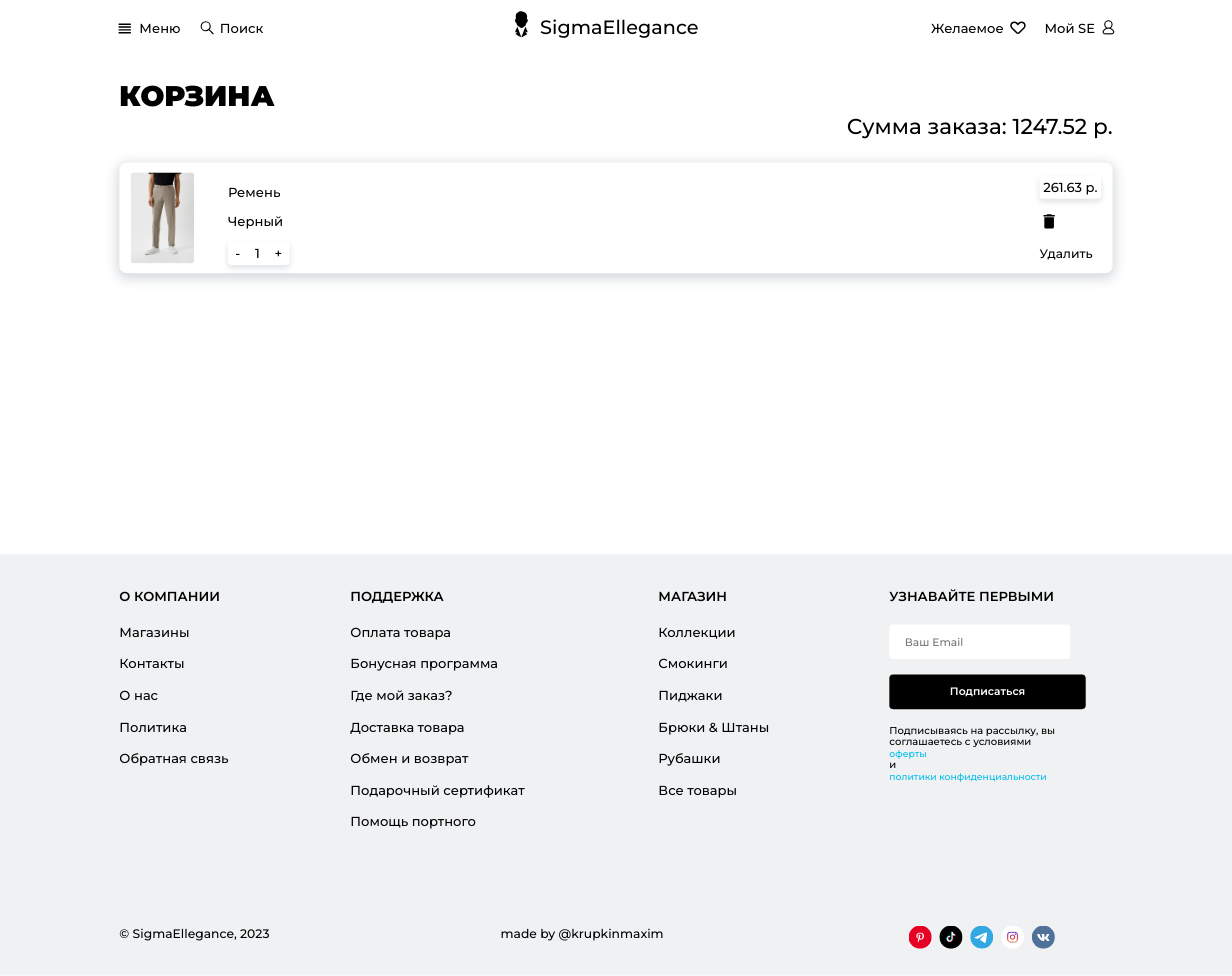
Repository: MaksimKrupkin/SigmaEllegance
Page: /cart
An editor plug-in stored every save of this project. The page is shown before and after a run of saves, followed by the edit.
The browser window is 1280 px wide. The page is 1600 px wide, so the pictures cover 1600 px, including what lies to the right of the window. The pictures show the whole page, at 77% of full size.
Some web fonts or font styles are not loaded; a fallback is used. The project was rebuilt for these pictures with package versions that can differ from the ones it lists, and the page was loaded fresh each time. Also part of the build but not shown: src/Components/SideBar/SideBar.module.css, src/Components/SideBar/SideBar.jsx, src/Pages/HomePage.module.css, src/Components/SliderWrapper/SliderWrapper.module.css, src/Components/SliderCard/SliderCard.module.css, src/Components/SliderCard/SliderCard.jsx, src/Components/LeftArrow/LeftArrow.module.css, src/Components/LeftArrow/LeftArrow.jsx and 31 more.

Above is the page before, as saved 2023-12-19 19:38:32.

### public/index.html
<!DOCTYPE html>
<html lang="en">
  <head>
    <meta charset="utf-8" />

    <meta name="viewport" content="width=device-width, initial-scale=1" />
    <link rel="icon" type="image/png" href="./favicon.png" sizes="32x32" />
    <link rel="preconnect" href="https://fonts.googleapis.com" />
    <link rel="preconnect" href="https://fonts.gstatic.com" crossorigin />
    <link
      href="https://fonts.googleapis.com/css2?family=Roboto:wght@400;500;700&display=swap"
      rel="stylesheet" />
    <link
      href="https://fonts.googleapis.com/css2?family=Montserrat:ital,wght@0,300;0,500;0,600;0,900;1,400;1,500&family=Roboto:wght@400;500;700&display=swap"
      rel="stylesheet" />
    <link rel="preconnect" href="https://fonts.googleapis.com" />
    <link rel="preconnect" href="https://fonts.gstatic.com" crossorigin />
    <link
      href="https://fonts.googleapis.com/css2?family=Montserrat:wght@300&family=Roboto:wght@400;500;700&display=swap"
      rel="stylesheet" />
    <link href="https://fonts.cdnfonts.com/css/montserrat" rel="stylesheet" />
    <title>SigmaEllegance</title>
  </head>
  <body>
    <div id="root"></div>
  </body>
</html>

### src/index.js
import React from 'react';
import ReactDOM from 'react-dom/client';
import App from './App';
import { BrowserRouter } from 'react-router-dom';

const root = ReactDOM.createRoot(document.getElementById('root'));
root.render(
  <React.StrictMode>
    <BrowserRouter>
      <App />
    </BrowserRouter>
  </React.StrictMode>,
);

### src/App.js
import React, { useState, useEffect, useRef } from 'react';
import Header from './Components/Header/Header';
import HomePage from './Pages/HomePage';
import styles from './App.module.css';
import GoodsPage from './Pages/GoodsPage/GoodsPage';
import OpenGoodPage from './Pages/OpenGoodPage/OpenGoodPage';
import Footer from './Components/Footer/Footer';
import { BrowserRouter, Route, Routes, useParams } from 'react-router-dom';
import AboutUs from './Pages/AboutUs/AboutUs';
import SearchPage from './Pages/SearchPage/SearchPage';
import Contacts from './Pages/Contacts/Contacts';
import Payment from './Pages/Payment/Payment';
import Cart from './Pages/Cart/Cart';

function App() {
  const { category, id } = useParams();
  const [sidebarOpen, setSidebarOpen] = useState(false);

  const closeSidebar = () => {
    setSidebarOpen(false);
  };

  useEffect(() => {
    const handleOutsideClick = (event) => {};

    document.addEventListener('mousedown', handleOutsideClick);

    return () => {
      document.removeEventListener('mousedown', handleOutsideClick);
    };
  }, []);
  return (
    <div className={styles.container}>
      <Header />
      <Routes>
        <Route path="/" element={<HomePage />} />
        <Route path="/goodspage/" element={<GoodsPage />} />
        <Route path="/goodspage/:category" element={<GoodsPage />} />
        <Route path="/goodspage/:category/:id" element={<OpenGoodPage />} />
        <Route path="/opengoodspage" element={<OpenGoodPage />} />
        <Route path="/opengoodspage/:category/:id" element={<OpenGoodPage />} />
        <Route path="/aboutUsPage" element={<AboutUs />} />
        <Route path="/searchPage" element={<SearchPage />} />
        <Route path="/contacts" element={<Contacts />} />
        <Route path="/payment" element={<Payment />} />
        <Route path="/cart" element={<Cart />} />
      </Routes>

      <Footer />
    </div>
  );
}

export default App;

### src/Components/Header/Header.jsx
import React from 'react';
import { useState } from 'react';
import { Link } from 'react-router-dom';
import styles from './Header.module.css';
import logo from '../../assets/img/logo.svg';
import icon1 from '../../assets/img/Icon1.svg';
import icon2 from '../../assets/img/icon2.svg';
import icon3 from '../../assets/img/icon3.svg';
import icon4 from '../../assets/img/icon4.svg';
import SideBar from '../SideBar/SideBar';

function Header() {
  const [toggleMenu, setToggleMenu] = useState(false);
  const HandleToggle = () => {
    setToggleMenu(!toggleMenu);
  };
  console.log(toggleMenu);
  return (
    <header className={styles.header}>
      <div className={styles.left_part}>
        <div onClick={HandleToggle} className={styles.menu}>
          <img className={styles.icon1} src={icon1} alt="" />
          <p>Меню</p>
        </div>
        {toggleMenu && <SideBar HandleToggle={HandleToggle} />}

        <Link to="/searchPage" className={styles.search}>
          <img className={styles.icon2} src={icon2} alt="" />
          <p>Поиск</p>
        </Link>
      </div>
      <Link to="/" className={styles.logo_part}>
        <img className={styles.logo} src={logo} alt="" />
        <p>SigmaEllegance</p>
      </Link>
      <div className={styles.right_part}>
        <Link to="/cart" className={styles.liked}>
          <p>Желаемое</p>
          <img className={styles.icon3} src={icon3} alt="" />
        </Link>
        <Link className={styles.purchases}>
          <p>Мой SE</p>
          <img className={styles.icon4} src={icon4} alt="" />
        </Link>
      </div>
    </header>
  );
}

export default Header;

### src/App.module.css
body {
  font-family: 'Montserrat', sans-serif;
  display: block;
  margin: 0 auto;
  padding: 0;
  width: 100%;
  position: relative;
  overflow-x: hidden;
}
.container {
  width: 1600px;
  display: block;
  margin: 0 auto;
}

*,
*::before,
*::after {
  box-sizing: border-box;
}

/* Links */

a,
a:link,
a:visited {
  text-decoration: none;
}

a:hover {
  text-decoration: none;
}

/* Common */

aside,
nav,
header,
section,
main {
  display: block;
}

h1,
h2,
h3,
h4,
h5,
h6,
p {
  font-size: inherit;
  font-weight: inherit;
}

ul,
ul li {
  list-style: none;
}

img {
  vertical-align: top;
}

img,
svg {
  max-width: 100%;
  height: auto;
}

address {
  font-style: normal;
}

/* Form */

input,
textarea,
button,
select {
  font-family: inherit;
  font-size: inherit;
  color: inherit;
  background-color: transparent;
}

input::-ms-clear {
  display: none;
}

button,
input[type='submit'] {
  display: inline-block;
  box-shadow: none;
  background-color: transparent;
  background: none;
  cursor: pointer;
}

input:focus,
input:active,
button:focus,
button:active {
  outline: none;
}

button::-moz-focus-inner {
  padding: 0;
  border: 0;
}

label {
  cursor: pointer;
}

legend {
  display: block;
}

### src/Components/Footer/Footer.jsx
import React from 'react';
import icon1 from '../../assets/img/pint.svg';
import icon2 from '../../assets/img/TT.svg';
import icon3 from '../../assets/img/TG.svg';
import icon4 from '../../assets/img/IG.svg';
import icon5 from '../../assets/img/VK.svg';
import styles from './Footer.module.css';

export default function Footer() {
  return (
    <footer className={styles.footer}>
      <div className={styles.column_1}>
        <a className={styles.column_title}>О компании</a>
        <a className={styles.column_item}> Магазины</a>
        <a className={styles.column_item}>Контакты</a>
        <a className={styles.column_item}>О нас</a>
        <a className={styles.column_item}>Политика</a>
        <a className={styles.column_item}>Обратная связь</a>
      </div>
      <div className={styles.column_2}>
        <a className={styles.column_title}>Поддержка</a>
        <a className={styles.column_item}> Оплата товара</a>
        <a className={styles.column_item}>Бонусная программа</a>
        <a className={styles.column_item}>Где мой заказ?</a>
        <a className={styles.column_item}>Доставка товара</a>
        <a className={styles.column_item}>Обмен и возврат</a>
        <a className={styles.column_item}>Подарочный сертификат</a>
        <a className={styles.column_item}>Помощь портного</a>
      </div>
      <div className={styles.column_3}>
        <a className={styles.column_title}>Магазин</a>
        <a className={styles.column_item}> Коллекции</a>
        <a className={styles.column_item}>Смокинги</a>
        <a className={styles.column_item}>Пиджаки</a>
        <a className={styles.column_item}>Брюки & Штаны</a>
        <a className={styles.column_item}>Рубашки</a>
        <a className={styles.column_item}>Все товары</a>
      </div>
      <div className={styles.footer_form}>
        <div className={styles.footer_form_title}>Узнавайте первыми</div>
        <form action={styles.text}>
          <input className={styles.footer_form_email} type="text" placeholder="Ваш Email" />
        </form>
        <div className={styles.footer_button}>
          <div className={styles.footer_link}>Подписаться</div>
        </div>
        <div className={styles.policy}>
          Подписываясь на рассылку, вы соглашаетесь с условиями{' '}
          <a href="" className={styles.policy_link}>
            оферты
          </a>{' '}
          и <a className={styles.policy_link}>политики конфиденциальности</a>{' '}
        </div>
      </div>
      <div className={styles.footer_border}>
        <img src="/img/Border.svg" alt="" />
      </div>
      <div className={styles.sigma_corp}>© SigmaEllegance, 2023</div>
      <div className={styles.made_by}>made by @krupkinmaxim</div>
      <div className={styles.social_networks}>
        <img className={styles.pintrest} src={icon1} alt="" />
        <img className={styles.tik_tok} src={icon2} alt="" />
        <img className={styles.telegram} src={icon3} alt="" />
        <img className={styles.instagram} src={icon4} alt="" />
        <img className={styles.vk} src={icon5} alt="" />
      </div>
    </footer>
  );
}

### src/Pages/Cart/Cart.jsx
import React from 'react';
import styles from './Cart.module.css';
import image from '../../assets/img/bruki-1.webp';
import { MdDelete } from 'react-icons/md';

export default function Cart() {
  return (
    <div className={styles.wrapper}>
      <div className={styles.container}>
        <div className={styles.title}>Корзина</div>
        <div className={styles.sum}>Сумма заказа: 1247.52 р.</div>
        <div className={styles.good_item}>
          <img className={styles.goods_img} src={image} alt="" />
          <div className={styles.goods_data}>
            <p className={styles.goods_type}>Ремень</p>
            <p className={styles.goods_color}>Черный</p>
            <div className={styles.goods_count}>
              <div>-</div>
              <div>1</div>
              <div>+</div>
            </div>
          </div>
          <div className={styles.right}>
            <p className={styles.goods_count}>261.63 р.</p>
            <div className={styles.goods_delete}>
              <img className={styles.delete_icon} src="" alt="" />
              <MdDelete fontSize={25} />
              <p className={styles.delete_text}>Удалить</p>
            </div>
          </div>
        </div>
      </div>
    </div>
  );
}

### src/Components/Header/Header.module.css
.header {
  font-family: 'Montserrat', sans-serif;
  margin: 0 auto;
  width: 100%;
  height: 10vh;
  display: flex;
  justify-content: space-around;
  align-items: center;
}

.left_part {
  display: flex;
  justify-content: space-between;
  align-items: center;
  gap: 25px;
  color: #000;
  margin-bottom: -2px;

  font-family: Montserrat;
  font-size: 17px;
  font-style: normal;
  font-weight: 500;
  line-height: normal;
}
.menu {
  display: flex;
  justify-content: space-between;
  align-items: center;
  gap: 8px;
  cursor: pointer;
}
.menu:hover {
  color: rgb(80, 77, 77);
}
.icon1 {
  width: 22px;
  height: 22px;
  margin-bottom: 1px;
}
.search {
  display: flex;
  justify-content: space-between;
  align-items: center;
  gap: 8px;
  cursor: pointer;
  color: black;
}

.search:hover {
  color: rgb(80, 77, 77);
}
.icon2 {
  width: 18px;
  height: 18px;
  margin-bottom: 3px;
}

.logo_part {
  margin-bottom: 3px;
  display: flex;
  justify-content: space-between;
  align-items: center;

  color: #000;

  font-family: Montserrat;
  font-size: 25px;
  font-style: normal;
  font-weight: 400;
  line-height: normal;
  cursor: pointer;
}

.logo {
  width: 67.375px;
  height: 69.103px;
  flex-shrink: 0;
  margin-right: -10px;
}
.right_part {
  margin-bottom: -2px;
  display: flex;
  justify-content: space-between;
  align-items: center;
  gap: 23px;
  font-family: Montserrat;
  font-size: 17px;
  font-style: normal;
  font-weight: 500;
  line-height: normal;
}

.liked {
  color: black;
  display: flex;
  justify-content: space-between;
  align-items: center;
  gap: 8px;
  cursor: pointer;
}
.liked:hover {
  color: rgb(80, 77, 77);
}
.icon3 {
  width: 22px;
  height: 22px;
  margin-bottom: 3px;
}

.purchases {
  color: black;
  display: flex;
  justify-content: space-between;
  align-items: center;
  gap: 8px;
  cursor: pointer;
}
.purchases:hover {
  color: rgb(80, 77, 77);
}

.icon4 {
  width: 19px;
  height: 19px;
  margin-bottom: 3px;
}

### src/Components/Footer/Footer.module.css
.footer {
  background-color: #eff1f3;
  width: 1600px;
  height: 547px;
  position: absolute;
  overflow-y: hidden;
  margin-top: 0px;
}
a {
  display: block;
}

.column_1 {
  position: absolute;
  top: 45px;
  left: 155px;
}

.column_2 {
  position: absolute;
  top: 45px;
  left: 455px;
}

.column_3 {
  position: absolute;
  top: 45px;
  left: 855px;
}
.column_title {
  font-style: normal;
  font-weight: 600;
  font-size: 17px;
  line-height: 21px;
  text-transform: uppercase;
  color: #000000;
  margin-bottom: 25px;
}

.column_item {
  font-family: 'Montserrat';
  font-style: normal;
  font-weight: 400;
  font-size: 17px;
  line-height: 21px;
  color: #000000;
  margin-bottom: 20px;
  cursor: pointer;
}

.footer_form {
  position: absolute;
  top: 45px;
  left: 1155px;
}

.footer_form_title {
  font-style: normal;
  font-weight: 600;
  font-size: 17px;
  line-height: 21px;
  text-transform: uppercase;
  color: #000000;
  margin-bottom: 25px;
}
.footer {
  opacity: 1;
}
.footer_form_email {
  width: 235px;
  height: 45px;
  background-color: white;
  border: none;
  border-radius: 5px;
  font-style: normal;
  font-weight: 400;
  font-size: 14px;
  line-height: 17px;
  padding-left: 20px;
  color: rgba(0, 0, 0, 0.4);
}
.footer_form_email:focus {
  border: 2px solid black;
}

.footer_button {
  margin-top: 20px;
  margin-bottom: 20px;
  width: 255px;
  background-color: #000000;
  border-radius: 5px;
  text-align: center;
  font-style: normal;
  font-weight: 600;
  font-size: 14px;
  line-height: 45px;
  color: #ffffff;
  cursor: pointer;
}
.footer_link {
  color: #ffffff;
}

.policy {
  width: 254px;
  font-style: normal;
  font-weight: 400;
  font-size: 13px;
  line-height: 15px;
  color: #000000;
}
.policy_link {
  font-style: normal;
  font-weight: 400;
  font-size: 12px;
  line-height: 15px;
  color: #00bfed;
}

.footer_border {
  position: absolute;
  bottom: 120px;
}

.sigma_corp {
  position: absolute;
  left: 155px;
  bottom: 45px;

  font-weight: 500;
}

.made_by {
  position: absolute;
  left: 650px;
  bottom: 45px;
  font-weight: 500;
}

.social_networks {
  position: absolute;
  left: 1180px;
  bottom: 35px;
}
.pintrest {
  width: 30px;
  height: 30px;
  margin-right: 10px;
  transition: all 0.1s ease-in;
  cursor: pointer;
}
.pintrest:hover {
  width: 35px;
  height: 35px;
  transform: translateY(-3px);
}
.tik_tok {
  width: 30px;
  height: 30px;
  margin-right: 10px;
  transition: all 0.1s ease-in;
  cursor: pointer;
}
.tik_tok:hover {
  width: 35px;
  height: 35px;
  transform: translateY(-3px);
}
.telegram {
  width: 30px;
  height: 30px;
  margin-right: 10px;
  transition: all 0.1s ease-in;
  cursor: pointer;
}
.telegram:hover {
  width: 35px;
  height: 35px;
  transform: translateY(-3px);
}
.instagram {
  width: 30px;
  height: 30px;
  margin-right: 10px;
  transition: all 0.1s ease-in;
  cursor: pointer;
}
.instagram:hover {
  width: 35px;
  height: 35px;
  transform: translateY(-3px);
}
.vk {
  width: 30px;
  height: 30px;
  margin-right: 10px;
  transition: all 0.1s ease-in;
  cursor: pointer;
}
.vk:hover {
  width: 35px;
  height: 35px;
  transform: translateY(-3px);
}

### src/Pages/Cart/Cart.module.css
.wrapper {
  width: 1600px;
  min-height: 90vh;
  display: flex;
  justify-content: center;
}
.container {
  width: 1290px;
}
.title {
  margin-top: 30px;
  color: #000;

  font-family: Montserrat;
  font-size: 37px;
  font-style: normal;
  font-weight: 700;
  line-height: normal;
  text-transform: uppercase;
}
.sum {
  font-size: 28px;
  font-weight: 500;
  text-align: right;
  margin-bottom: 30px;
}
.good_item {
  padding: 15px;
  width: 100%;
  height: 20vh;
  border-radius: 10px;
  display: flex;
  justify-content: space-between;
  align-items: center;
  -webkit-box-shadow: 0px 4px 15px 3px rgba(34, 60, 80, 0.2);
  -moz-box-shadow: 0px 4px 15px 3px rgba(34, 60, 80, 0.2);
  box-shadow: 0px 4px 15px 3px rgba(34, 60, 80, 0.2);
}

.goods_img {
  width: 82px;
  border-radius: 4px;
}
.goods_data {
  margin-left: -930px;
  font-size: 17px;
  font-weight: 500;
}
.goods_count {
  font-size: 17px;
  cursor: pointer;
  display: flex;
  align-items: center;
  justify-content: space-around;
  width: 80px;
  height: 30px;
  border-radius: 5px;
  -webkit-box-shadow: 0px 4px 7px 1px rgba(34, 60, 80, 0.12);
  -moz-box-shadow: 0px 4px 7px 1px rgba(34, 60, 80, 0.12);
  box-shadow: 0px 4px 7px 1px rgba(34, 60, 80, 0.12);
}

After the next 2 saves:
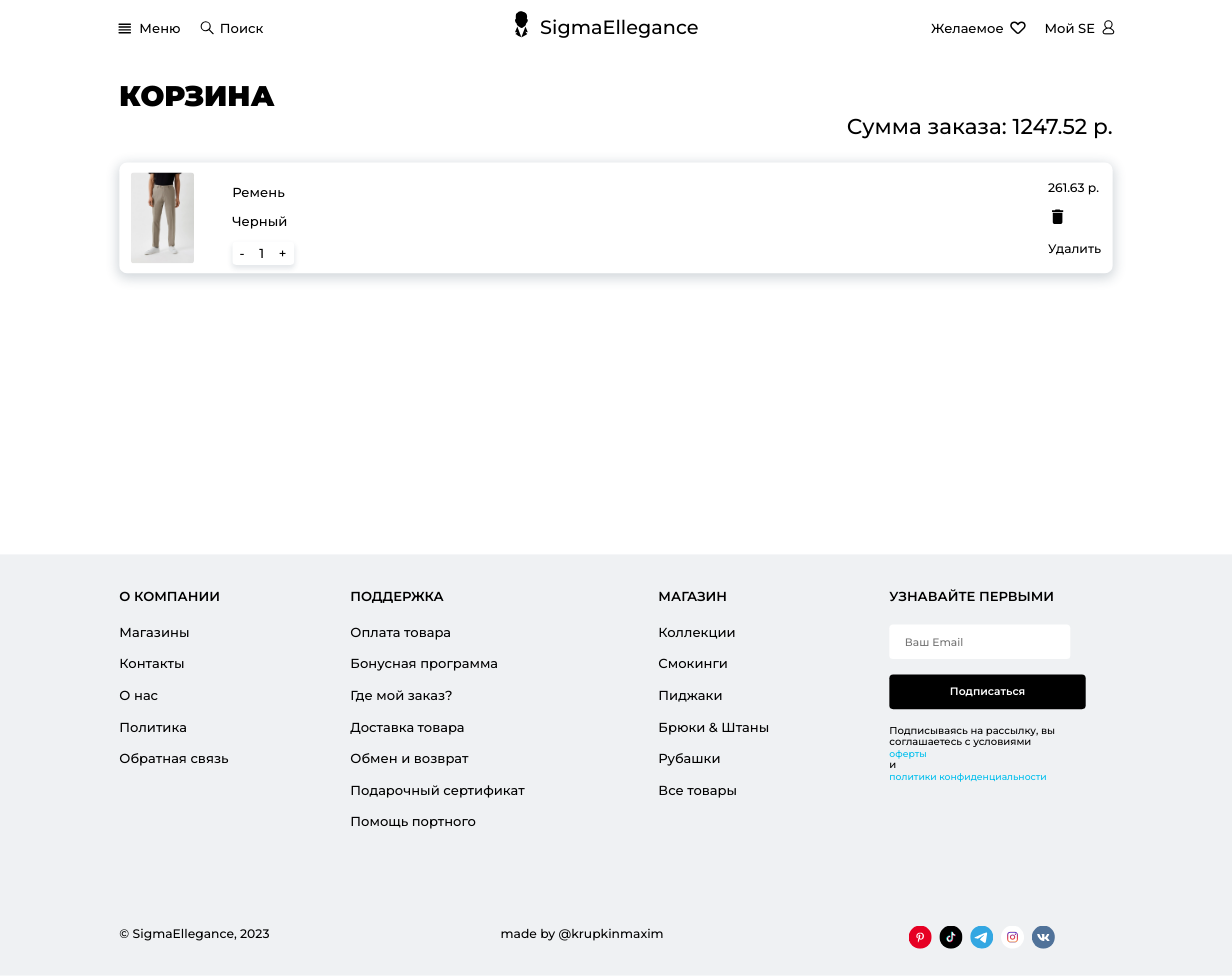
The 2 saves are shown as one change because they came seconds apart.
The last was saved 29 s later.
--- a/src/Pages/Cart/Cart.jsx
+++ b/src/Pages/Cart/Cart.jsx
@@ -21,7 +21,7 @@ export default function Cart() {
             </div>
           </div>
           <div className={styles.right}>
-            <p className={styles.goods_count}>261.63 р.</p>
+            <p className={styles.goods_price}>261.63 р.</p>
             <div className={styles.goods_delete}>
               <img className={styles.delete_icon} src="" alt="" />
               <MdDelete fontSize={25} />
